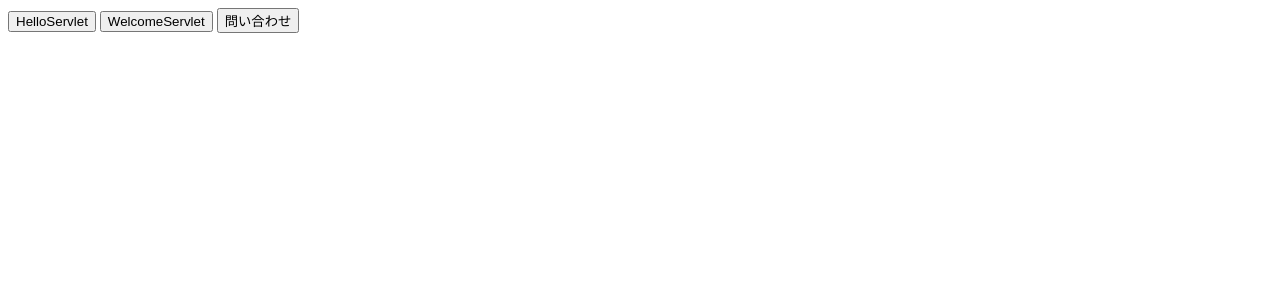
Repository: wenxing494/JSP-Servlet
Page: http://localhost/HelloServlet/
The author's editor kept a copy of each file at every save. The page is drawn from the files as they stood at one save, then again after the next save.
The browser window is 1280 px wide. The pictures show the whole page.
The page is served by Tomcat 9. Other server files are loaded and not shown.

Above is the page before, as saved 2019-05-22 02:46:13.

### HelloServlet/WebContent/index.jsp
<%@ page language="java" contentType="text/html; charset=UTF-8"
pageEncoding="UTF-8"%>
<!DOCTYPE html>
<html>
<head>
<meta charset="UTF-8">
<title>HelloServlet</title>
</head>
<body>
<input type="button" value="HelloServlet" onClick="location.href='HelloServlet'">
<input type="button" value="WelcomeServlet" onClick="location.href='welcome.jsp'">
<input type="button" value="問い合わせ" onClick="location.href='inquiry.jsp'">
</body>
</html>

After the next save:
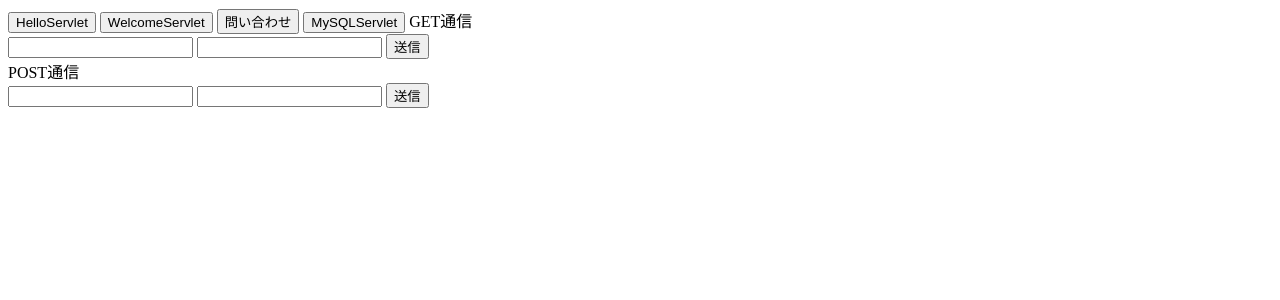
Saved 9 s later.
--- a/HelloServlet/WebContent/index.jsp
+++ b/HelloServlet/WebContent/index.jsp
@@ -10,5 +10,18 @@
 <input type="button" value="HelloServlet" onClick="location.href='HelloServlet'">
 <input type="button" value="WelcomeServlet" onClick="location.href='welcome.jsp'">
 <input type="button" value="問い合わせ" onClick="location.href='inquiry.jsp'">
+<input type="button" value="MySQLServlet" onClick="location.href='MySQLServlet'">
+GET通信
+<form method="get" action="TestServlet">
+<input type="text" name="username">
+<input type="password" name="password">
+<input type="submit" value="送信">
+</form>
+POST通信
+<form method="post" action="TestServlet">
+<input type="text" name="username">
+<input type="password" name="password">
+<input type="submit" value="送信">
+</form>
 </body>
 </html>
